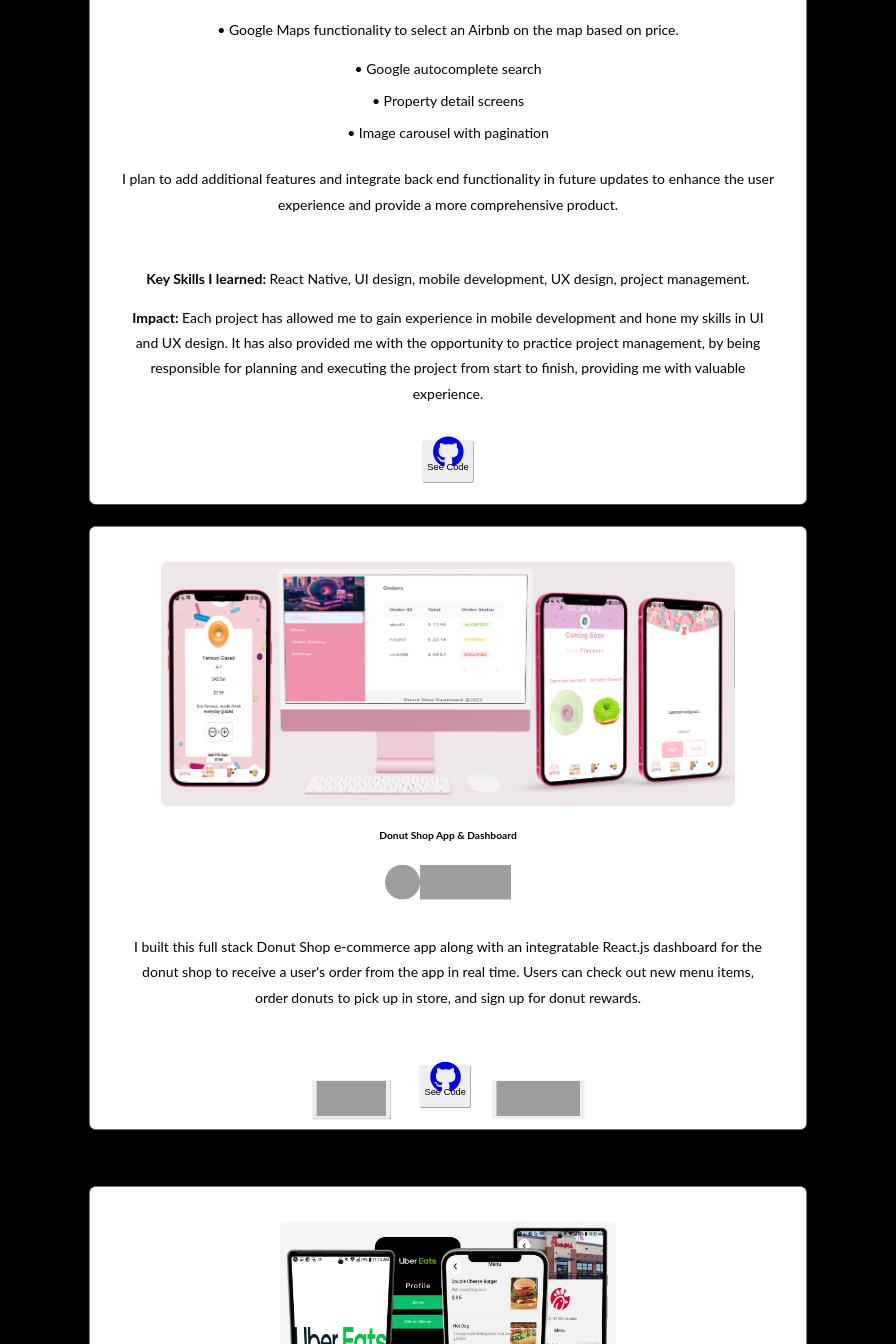
Repository: JamesPesenti/portfolio
Page: /
These files come from the project's save history. The page is drawn as it stood at one moment and after the next save; the edit follows.
The browser window is 1280 px wide. The pictures show the part of the page from y = 2145 to 4065 px (the page is 6929 px tall), at 70% of full size.
Pictures or frames that could not be fetched are drawn as grey boxes. The project was rebuilt for these pictures with package versions that can differ from the ones it lists, and the page was loaded fresh each time. Imported but missing from the stored project, and not drawn on this page: src/Components/James Pesenti Resume 2023.pdf.

Above is the page before, as saved 2023-05-06 09:46:18.

### public/index.html
<!DOCTYPE html>
<html lang="en">
  <head>
    <meta charset="utf-8" />
    <link rel="" href="" />
    <meta name="viewport" content="width=device-width, initial-scale=1" />
    <meta name="theme-color" content="#000000" />
    <meta name="description" content="James Pesenti Portfolio 2022" />
    <link rel="apple-touch-icon" href="" />
    <link rel="manifest" href="%PUBLIC_URL%/manifest.json" />

    <title>Portfolio 2023</title>

  </head>
  <body>
    <div id="root"></div>
  </body>
</html>

### src/Components/Navbar.jsx
import React, {Component} from 'react'
import { FaGithub } from "react-icons/fa";
import { FaEnvelope } from "react-icons/fa";
import { FaFile } from "react-icons/fa";
import Pdf from "../Components/James Pesenti Resume 2023.pdf"


const Navbar = () => {
  return (
    <>
          <div className="navbar flex">
            <div className="container">
                <nav>
                  <ul style={{textAlign: "center", marginTop: 70, position: 'relative', left: 0, top: -2}}>
                    <li>
                      <a className="App-link"  href="mailto:jamespesenti91@gmail.com" target="_blank" rel="noopener noreferrer">
                      <FaEnvelope size={35} style={{display: "flex", textAlign: "center", marginLeft: 10}}/>
                          Contact
                      </a>
                    </li>
                    <li>
                      <a className="App-link" href="https://github.com/JamesPesenti" target="_blank" rel="noopener noreferrer">
                        <FaGithub size={35} style={{display: "flex", textAlign: "center", marginLeft: 10}} />
                        GitHub
                      </a>
                    </li>
                    <li>
                      <a className="App-link" href={Pdf} target="_blank" rel="noopener noreferrer">
                        <FaFile size={35} style={{display: "flex", textAlign: "center", marginLeft: 10}} />
                        Resume
                      </a>
                    </li>
                  </ul>
                </nav>
                {/* <h4 style={{color: "white", textAlign: 'center', marginBottom:-440}}>
                  See my work below and send a message to get in touch
                </h4> */}
            </div>
          </div>
    </>
  )
}

export default Navbar

### src/Components/AboutMe.jsx
import React from 'react'
import { FontAwesomeIcon } from '@fortawesome/react-fontawesome'
import { FaGithub } from "react-icons/fa";
import { FaMapPin } from "react-icons/fa";

const AboutMe = () => {
  return (
    <>

        <div style={{justifyContent: "center", textAlign: "center", color: "white", padding: 50,}}>
            {/* Spinning image  */}
            {/* <img style={{padding: 10, borderRadius: "50%", width: 200, height: 200,}} src="/images/IMG_1619.jpg" className="App-logo" alt="logo" /> */}
            <img style={{padding: 10, borderRadius: "50%", width: 200, height: 200,}} src="/images/IMG_1619.jpg" alt="logo" />
            <h1>I'm James Pesenti</h1>
            <h2>a Software Developer building mobile apps and websites</h2>
              <FaMapPin size={20} style={{position: "relative", top: 5, right: 65, }} />
              <h3 style={{marginTop: -24}}> Chicago, IL</h3>
        </div>

</>
  )
}

export default AboutMe

### src/Components/Scroll.jsx
import React from 'react'
import '../CSS/App.css';


const Scroll = () => {

  return (
    <>

        <div style={{marginBottom: 400, justifyContnent: 'center'}} id="section09" class="demo">
          <a href="#parallaxContainer">
            <span></span>
            Scroll down to see my work
          </a>
        </div>

    </>
  )
}

export default Scroll

### src/Components/MyProjects.jsx
import UberGoogleButton from "../Components/UberGoogleButton"
import AstonGoogleButton from "./AstonGoogleButton"
import AstonAppleButton from "./AstonAppleButton"
import BarceGoogleButton from "../Components/BarceGoogleButton"
import BarceAppleButton from "./BarceAppleButton"
import { FaGithub } from "react-icons/fa";

const MyProjects = () => {
  return (

  <>
    <div id="parallaxContainer">

    {/* Airbnb Clone */}
    <div style={{ justifyContent: 'center', alignItems: 'center',  width: "80%", borderRadius: 10}} className="box">
            <div>
                <img style={{ borderRadius: 10, marginTop: 50, marginBottom: -35, width: "48%", height: 350, transition: ".7s", }} src="images/mockrocket-capture (11).png" />
            </div>
            <h4 style={{textAlign: 'center'}}>Airbnb Clone App</h4>
                <div style={{flexDirection: "row", padding: 10, borderRadius: 10, marginBottom: -40,}}>
                  <img style={{width: 50, height: 50, borderRadius: 50}} src="https://i.pinimg.com/originals/8a/02/1a/8a021aa097236b42dd71fb731e3d894d.gif"/>
                  <img style={{width: 80, height: 50, }} src="https://www.datocms-assets.com/45470/1631026680-logo-react-native.png"  />
                  {/* <img style={{width: 50, height: 50, }} src="https://pbs.twimg.com/profile_images/1114309924551417856/FKA4cm2x_400x400.png"  /> */}
                </div>
            <p style={{fontSize: 20, textAlign: 'center', padding: 50, marginBottom: -50}}>I created a mobile app clone of the popular Airbnb platform using React Native. Currently, the project includes a functional UI that mimics the 2022 Airbnb interface, with features such as</p>
            <p style={{fontSize: 20, paddingHorizontal: 0}}> &#8226; Google Maps functionality to select an Airbnb on the map based on price.</p>
            <p style={{fontSize: 20, padding: 0, marginBottom: -10}}>&#8226; Google autocomplete search</p>
            <p style={{fontSize: 20, padding: 0, marginBottom: -10}}>&#8226; Property detail screens</p>
            <p style={{fontSize: 20,  padding: 0, marginBottom: -10}}>&#8226; Image carousel with pagination</p>
            <p style={{fontSize: 20, textAlign: 'center', padding: 20}}>I plan to add additional features and integrate back end functionality in future updates to enhance the user experience and provide a more comprehensive product.</p>
            <p style={{fontSize: 20, textAlign: 'center', padding: 30, marginBottom: -80}}><b> Key Skills I learned: </b>React Native, UI design, mobile development, UX design, project management.</p>
            <p style={{fontSize: 20, textAlign: 'center', padding: 50}}><b> Impact: </b> Each project has allowed me to gain experience in mobile development and hone my skills in UI and UX design. It has also provided me with the opportunity to practice project management, by being responsible for planning and executing the project from start to finish, providing me with valuable experience.</p>

            <div style={{flexDirection: "row"}}>
                {/* <UberGoogleButton  /> */}
                <button style={{marginTop: 10}} type="button" className="codeButton">
                  <a href="https://github.com/JamesPesenti/Airbnb" target="_blank" rel="noopener noreferrer">
                    <FaGithub  size={45} style={{ marginTop: -80, marginBottom: -25, justifyContent: "center", textAlign: "center"}} />
                  </a>
                  <p>See Code</p>
                </button>
                {/* <AstonAppleButton  /> */}
            </div>

        </div>


     {/* Donut Shop App */}
     <div style={{marginTop: 30, marginBottom: 20, justifyContent: 'center', alignItems: 'center',  width: "80%", borderRadius: 10}} className="box">
            <div>
                <img style={{ borderRadius: 10, marginTop: 50, width: "80%", height: 350, transition: ".7s", }} src="/images/appAndDashMock.png" />
            </div>
            <h4 style={{textAlign: 'center'}}>Donut Shop App & Dashboard</h4>
                <div style={{flexDirection: "row", padding: 10, borderRadius: 10, marginBottom: -40,}}>
                  <img style={{width: 50, height: 50, borderRadius: 50}} src="https://i.pinimg.com/originals/8a/02/1a/8a021aa097236b42dd71fb731e3d894d.gif"/>
                  <img style={{width: 80, height: 50, }} src="https://www.datocms-assets.com/45470/1631026680-logo-react-native.png"  />
                  <img style={{width: 50, height: 50, }} src="https://pbs.twimg.com/profile_images/1114309924551417856/FKA4cm2x_400x400.png"  />
                </div>
            <p style={{fontSize: 20,textAlign: 'center', padding: 50}}>I built this full stack Donut Shop e-commerce app along with an integratable React.js dashboard for the donut shop to receive a user's order from the app in real time. Users can check out new menu items, order donuts to pick up in store, and sign up for donut rewards.</p>

            <div style={{flexDirection: "row"}}>
                <UberGoogleButton  />
                <button style={{marginTop: 40}} type="button" className="codeButton">
                  <a href="https://github.com/JamesPesenti/Donut_Shop" target="_blank" rel="noopener noreferrer">
                    <FaGithub  size={45} style={{ marginTop: -80, marginBottom: -25, justifyContent: "center", textAlign: "center"}} />
                  </a>
                  <p>See Code</p>
                </button>
                <AstonAppleButton  />
            </div>

        </div>


    {/* Uber Eats App */}
    <div style={{marginTop: 80, marginBottom: 60, justifyContent: 'center', alignItems: 'center',  width: "80%", borderRadius: 10}} className="box">
            <div className="imgWrapper" style={{width: 480, height: 350}}>
                <img style={{ borderRadius: 5, marginTop: 50, width: "100%", height: 300, transition: ".7s", }} src="/images/UberEatsLast.png" />
            </div>
            <h4 style={{textAlign: 'center'}}>Uber Eats Clone App</h4>
                <div style={{flexDirection: "row", padding: 10, borderRadius: 10, marginBottom: -40,}}>
                  <img style={{width: 50, height: 50, borderRadius: 50}} src="https://i.pinimg.com/originals/8a/02/1a/8a021aa097236b42dd71fb731e3d894d.gif"/>
                  <img style={{width: 80, height: 50, }} src="https://www.datocms-assets.com/45470/1631026680-logo-react-native.png"  />
                  <img style={{width: 50, height: 50, }} src="https://pbs.twimg.com/profile_images/1114309924551417856/FKA4cm2x_400x400.png" />
                </div>
            <p style={{fontSize: 20,textAlign: 'center', padding: 50}}>A full stack React Native app inspired by the UberEats user app. I utilized AWS Amplify's datastore to configure the back end to query and save customer's orders and used Amazon Cognito for user registration, authentication, & account recovery.</p>

            <div style={{flexDirection: "row"}}>
                <UberGoogleButton  />
                <button style={{marginTop: 40}} type="button" className="codeButton">
                  <a href="https://github.com/JamesPesenti/UberEatsClone" target="_blank" rel="noopener noreferrer">
                    <FaGithub  size={45} style={{ marginTop: -80, marginBottom: -20, justifyContent: "center", textAlign: "center"}} />
                  </a>
                  <p>See Code</p>
                </button>
                <AstonAppleButton  />
            </div>

        </div>


     {/* Aston Waikiki App */}
       <div style={{marginTop: 80, marginBottom: 120, justifyContent: 'center', alignItems: 'center',  width: "80%", borderRadius: 10}} className="box">
            <div className="imgWrapper" style={{width: 450, height: 350}}>
                <img style={{ marginTop: 50, width: "100%", height: "auto", transition: ".7s", }} src="/images/astonmock.png" />
            </div>
            <h4 style={{textAlign: 'center'}}>Aston Waikiki Hotel UI</h4>
                <div style={{flexDirection: "row", padding: 10, borderRadius: 10, marginBottom: -40,}}>
                  <img style={{width: 50, height: 50, borderRadius: 50}} src="https://i.pinimg.com/originals/8a/02/1a/8a021aa097236b42dd71fb731e3d894d.gif"/>
                  <img style={{width: 80, height: 50, }} src="https://www.datocms-assets.com/45470/1631026680-logo-react-native.png"  />
                </div>
            <p style={{fontSize: 20,textAlign: 'center', padding: 50}}>A React Native UI design I created to reimagine the hotel Aston Waikiki Beach's website into a cross platform mobile app. I used most of the content and images from the current website and utilized both Bottom Tabs, Drawer navigation and other React Native libraries for a better user experience.</p>

            <div style={{flexDirection: "row"}}>
                <AstonGoogleButton  />
                <button style={{marginTop: 40}} type="button" className="codeButton">
                        <a href="https://github.com/JamesPesenti/AstonWaikikiBeachApp" target="_blank" rel="noopener noreferrer">
                            <FaGithub  size={45} style={{ marginTop: -80, marginBottom: -20, justifyContent: "center", textAlign: "center"}} />
                        </a>
                        <p>See Code</p>
                </button>
                <AstonAppleButton  />
            </div>

        </div>


    {/* Barcelona App */}
       <div style={{marginTop: 20, marginBottom: 120, justifyContent: 'center', alignItems: 'center',  width: "80%", borderRadius: 10}} className="box">
            <div className="imgWrapper" style={{width: 650, height: 300}}>
                <img style={{ marginTop: 30, width: "100%", height: 250, transition: ".7s", }} src="/images/barcelonamockup.png" />
            </div>
            <h4 style={{textAlign: 'center'}}>Barcelona Tourist App</h4>
                <div style={{flexDirection: "row", padding: 10, borderRadius: 10, marginBottom: -20,}}>
                <img style={{width: 80, height: 50,}} src="https://www.datocms-assets.com/45470/1631026680-logo-react-native.png"  />
                <img style={{width: 50, height: 50, borderRadius: 50}} src="https://i.pinimg.com/originals/8a/02/1a/8a021aa097236b42dd71fb731e3d894d.gif"/>
                </div>
            <p style={{fontSize: 20, textAlign: 'center', padding: 50}}>I created this React Native app for visitors of Barcelona Spain to save pictures and locations of their favorite places. I used pop-up modals for users to quickly get information on popular sights and used geolocation with google maps so users can save their location and select it on the map.</p>

            <div style={{flexDirection: "row"}}>
               <BarceAppleButton  />
                <button style={{marginTop: 40}} type="button" className="codeButton">
                        <a href="https://github.com/JamesPesenti/BarcelonaApp" target="_blank" rel="noopener noreferrer">
                            <FaGithub  size={45} style={{ marginTop: -80, marginBottom: -20, justifyContent: "center", textAlign: "center"}} />
                        </a>
                        <p>See Code</p>
                </button>
                <BarceGoogleButton  />
            </div>

        </div>

    {/* IAR React App */}
        {/* <div style={{marginBottom: 0, justifyContent: 'center', alignItems: 'center',  width: "80%", borderRadius: 10}} className="box">
            <img style={{ width: 600, height: 350, borderRadius: 10, borderWidth: 2, borderColor: "green"}} src="/images/innermock.png" />
            <h4 style={{textAlign: 'center'}}>Inner Aura Readings Website</h4>
            <div style={{flexDirection: "row", padding: 10, borderRadius: 10}}>
                <img src="https://www.logo.wine/a/logo/React_(web_framework)/React_(web_framework)-Logo.wine.svg" style={{width: 100, height: 50,}} />
                <img className="logoBox" src="https://cdn.pixabay.com/photo/2017/08/05/11/16/logo-2582747_1280.png" style={{width: 50, height: 50,}} />
            </div>
            <p style={{fontSize: 20, textAlign: 'center', padding: 50}}>This was the first official React.js web app that I developed. I made it for a friend who wanted to reach more customers with a mobile friendly website. I made multiple iterations and converted it into a PWA for offline operability with native like performance. </p>
            <button style={{marginTop: 0}} type="button" className="codeButton">
                        <a href="https://github.com/JamesPesenti/InnerAuraReadings2022" target="_blank" rel="noopener noreferrer">
                            <FaGithub  size={45} style={{ marginTop: -80, marginBottom: -20, justifyContent: "center", textAlign: "center"}} />
                        </a>
                        <p>See Code</p>
            </button>

        </div> */}


{/* REapp */}
        {/* <div style={{marginBottom: 100, justifyContent: 'center', alignItems: 'center',  width: "80%", borderRadius: 10,}} className="box">
        <img style={{marginTop: 50, width: 800, height: 350, borderRadius: 10, borderWidth: 2, borderColor: "green"}} src="/images/remockup.png" />
            <h4 style={{textAlign: 'center'}}>Real Estate Listing Website </h4>
            <div style={{flexDirection: "row", padding: 10, borderRadius: 10}}>
                <img src="https://www.logo.wine/a/logo/React_(web_framework)/React_(web_framework)-Logo.wine.svg" style={{width: 100, height: 50,}} />
                <img src="https://img.icons8.com/color/480/cloud-firestore.png" style={{width: 50, height: 50,}} />
                <img src="https://raw.githubusercontent.com/JamesPesenti/RealEstateApp/16b046b3d34b4a26468627e906dc503be8911b73/src/assets/svg/googleIcon.svg" style={{marginBottom: 8, width: 100, height: 30,}} />
            </div>
            <p style={{fontSize: 20, textAlign: 'center', padding: 50}}>Real Estate listing website built with React, FireStore database and Google OAuth to sign in with a google account. You can search listings for rent/sale and login to your account to create a listing and save offers. Inspiration and back-end code taken from Brad Traversey's React course I took on Udemy.</p>
            <button style={{marginTop: 40}} type="button" className="codeButton">
                        <a href="https://github.com/JamesPesenti/RealEstateApp" target="_blank" rel="noopener noreferrer">
                            <FaGithub  size={45} style={{ marginTop: -80, marginBottom: -20, justifyContent: "center", textAlign: "center"}} />
                        </a>
                        <p>See Code</p>
            </button>
        </div> */}

    </div>


    </>
  )
}

export default MyProjects

### src/Components/UberGoogleButton.jsx
import React from 'react'


const UberGoogleButton = () => {
  return (
    <>
    <button type="button" style={{marginRight: 40, borderWidth: .1, borderColor: '#efefef', borderRadius: 5}}>
        <a href="https://expo.dev/accounts/jimpesenti/projects/UberEats/builds/b9dfcb73-dd37-4009-b5f9-7d24a72b937d">
            <img style={{width: 100, height: 50, borderRadius: 0}} src="https://logos-world.net/wp-content/uploads/2020/12/Google-Play-Logo-500x281.png"/>
        </a>
    </button>
    </>
  )
}

export default UberGoogleButton

### src/Components/AstonGoogleButton.jsx
import React from 'react'


const AstonGoogleButton = () => {
  return (
    <>
    <button type="button" style={{marginRight: 40, borderWidth: .1, borderColor: '#efefef', borderRadius: 5}}>
        <a href="https://play.google.com/store/apps/details?id=com.jamespesenti91.astonwaikikibeach">
            <img style={{width: 100, height: 50, borderRadius: 0}} src="https://logos-world.net/wp-content/uploads/2020/12/Google-Play-Logo-500x281.png"/>
        </a>
    </button>
    </>
  )
}

export default AstonGoogleButton

### src/Components/AstonAppleButton.jsx
import React from 'react'

const AstonAppleButton = () => {
  return (
    <>
    <button type="submit" style={{marginLeft: 30, borderWidth: 0,}}  >
        <a href="">
            <img style={{width: 120, height: 50, borderRadius: 0}} src="https://images.squarespace-cdn.com/content/v1/5b549a7f3c3a53487c250f58/1597439116255-P7ME5MNOIWQLJS1X4CPP/Apple+App+Store+Logo+Button.png"/>
        </a>
    </button>
    </>
  )
}

export default AstonAppleButton

### src/Components/BarceGoogleButton.jsx
import React from 'react'


const BarceGoogleButton = () => {
  return (
    <>
    <button type="button" style={{marginLeft: 30, borderWidth: .1, borderColor: '#efefef', borderRadius: 5}}>
        <a href="https://play.google.com/store/apps/details?id=com.jamespesenti91.VisitBarcelona">
            <img style={{width: 100, height: 50, borderRadius: 0}} src="https://logos-world.net/wp-content/uploads/2020/12/Google-Play-Logo-500x281.png" alt="barceButton"/>
        </a>
    </button>
    </>
  )
}

export default BarceGoogleButton

### src/Components/BarceAppleButton.jsx
import React from 'react'

const BarceAppleButton = () => {
  return (
    <>
    <button type="submit" style={{marginRight: 30, borderWidth: 0,}}  >
        <a href="">
            <img style={{width: 120, height: 50, borderRadius: 0}} src="https://images.squarespace-cdn.com/content/v1/5b549a7f3c3a53487c250f58/1597439116255-P7ME5MNOIWQLJS1X4CPP/Apple+App+Store+Logo+Button.png"/>
        </a>
    </button>
    </>
  )
}

export default BarceAppleButton

Loaded but not shown: src/index.js (common file); src/reportWebVitals.js (common file); src/serviceWorkerRegistration.js (137 lines, source omitted); src/App.js (33 lines, source omitted); src/CSS/App.css (351 lines, source omitted); src/CSS/index.css (197 lines, source omitted)

After the next save:
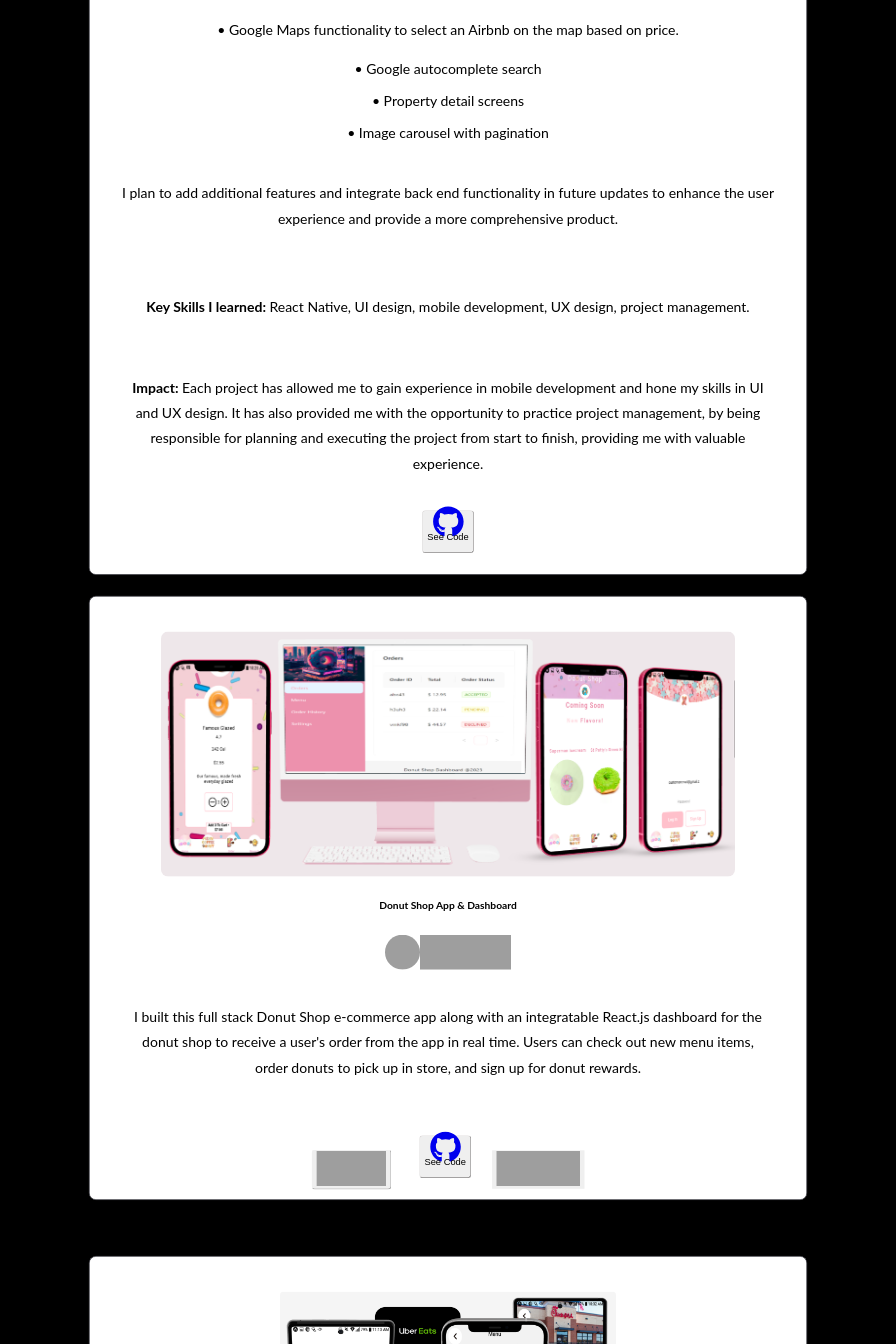
Saved 11 s later.
--- a/src/Components/MyProjects.jsx
+++ b/src/Components/MyProjects.jsx
@@ -27,8 +27,8 @@
             <p style={{fontSize: 20, padding: 0, marginBottom: -10}}>&#8226; Google autocomplete search</p>
             <p style={{fontSize: 20, padding: 0, marginBottom: -10}}>&#8226; Property detail screens</p>
             <p style={{fontSize: 20,  padding: 0, marginBottom: -10}}>&#8226; Image carousel with pagination</p>
-            <p style={{fontSize: 20, textAlign: 'center', padding: 20}}>I plan to add additional features and integrate back end functionality in future updates to enhance the user experience and provide a more comprehensive product.</p>
-            <p style={{fontSize: 20, textAlign: 'center', padding: 30, marginBottom: -80}}><b> Key Skills I learned: </b>React Native, UI design, mobile development, UX design, project management.</p>
+            <p style={{fontSize: 20, textAlign: 'center', padding: 40}}>I plan to add additional features and integrate back end functionality in future updates to enhance the user experience and provide a more comprehensive product.</p>
+            <p style={{fontSize: 20, textAlign: 'center', padding: 30, marginBottom: -20}}><b> Key Skills I learned: </b>React Native, UI design, mobile development, UX design, project management.</p>
             <p style={{fontSize: 20, textAlign: 'center', padding: 50}}><b> Impact: </b> Each project has allowed me to gain experience in mobile development and hone my skills in UI and UX design. It has also provided me with the opportunity to practice project management, by being responsible for planning and executing the project from start to finish, providing me with valuable experience.</p>
 
             <div style={{flexDirection: "row"}}>
